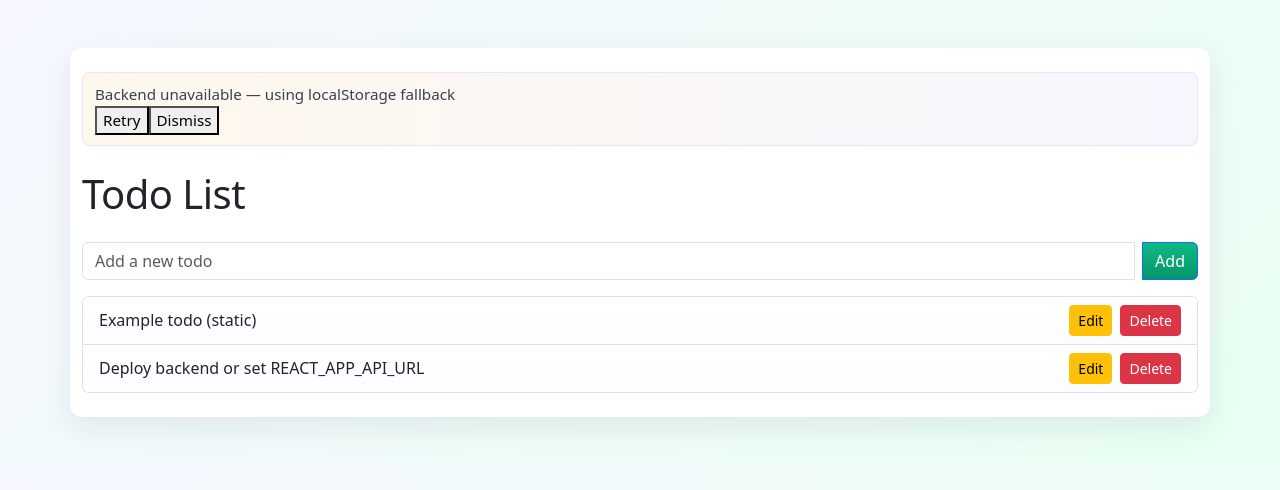
Repository: tomislavblazevic/Etridebelt
Page: / (app in frontend/)
An editor plug-in stored every save of this project. The page is shown before and after the next save, followed by the edit.
The browser window is 1280 px wide. The pictures show the whole page.
The page's requests for data from a server got no answer. The project was rebuilt for these pictures with package versions that can differ from the ones it lists, and the page was loaded fresh each time. No one was signed in, and anything a server would have sent is missing. Also part of the build but not shown: frontend/vite.config.ts.

Above is the page before, as saved 2026-03-18 16:04:21.

### frontend/public/index.html
<!doctype html>
<html lang="en">
  <head>
    <meta charset="utf-8" />
    <link rel="icon" href="%PUBLIC_URL%/favicon.ico" />
    <meta name="viewport" content="width=device-width, initial-scale=1" />
    <meta name="theme-color" content="#000000" />
    <title>Todo App</title>
  </head>
  <body>
    <noscript>You need to enable JavaScript to run this app.</noscript>
    <div id="root"></div>
  </body>
</html>

### frontend/src/index.js
import React from 'react';
import ReactDOM from 'react-dom/client';
import App from './App'; // Provjeri zove li se tvoja glavna komponenta App.js
import 'bootstrap/dist/css/bootstrap.min.css';

const root = ReactDOM.createRoot(document.getElementById('root'));
root.render(
  <React.StrictMode>
    <App />
  </React.StrictMode>
);

### frontend/src/App.tsx
import React, { useState, useEffect } from 'react';
import axios from 'axios';
import './App.css';

const REACT_API = process.env.REACT_APP_API_URL && process.env.REACT_APP_API_URL.trim();
const IS_LOCALHOST = window.location.hostname === 'localhost' || window.location.hostname === '127.0.0.1';
const USE_BACKEND = !!REACT_API || IS_LOCALHOST;
const API_URL = REACT_API || (IS_LOCALHOST ? 'http://localhost:5000/todos' : '');
const USE_LOCAL_STORAGE = !USE_BACKEND; // on GitHub Pages use localStorage for full functionality

interface Todo {
  id: number;
  text: string;
  completed: boolean;
}

function App() {
  const [todos, setTodos] = useState<Todo[]>([]);
  const [text, setText] = useState('');
  const [editingId, setEditingId] = useState<number | null>(null);
  const [editText, setEditText] = useState('');
  const [fallbackLocal, setFallbackLocal] = useState(false);
  const [errorMessage, setErrorMessage] = useState<string | null>(null);

  useEffect(() => {
    if (USE_LOCAL_STORAGE) {
      const stored = localStorage.getItem('todos');
      if (stored) {
        try {
          setTodos(JSON.parse(stored) as Todo[]);
          return;
        } catch (e) {
          // fall through to fetch static file
        }
      }
      // try load static todos.json once
      axios.get<Todo[]>(`${process.env.PUBLIC_URL || ''}/todos.json`).then((response) => {
        setTodos(response.data as Todo[]);
        localStorage.setItem('todos', JSON.stringify(response.data));
      }).catch(() => setTodos([]));
      return;
    }

    axios.get<Todo[]>(API_URL).then((response) => {
      setTodos(response.data as Todo[]);
    }).catch(() => {
      // Backend not reachable: fall back to localStorage and inform the user
      setErrorMessage('Backend unavailable — using localStorage fallback');
      setFallbackLocal(true);
      const stored = localStorage.getItem('todos');
      if (stored) {
        try {
          setTodos(JSON.parse(stored) as Todo[]);
          return;
        } catch (e) {
          // fall through to fetch static file
        }
      }
      axios.get<Todo[]>(`${process.env.PUBLIC_URL || ''}/todos.json`).then((response) => {
        setTodos(response.data as Todo[]);
        localStorage.setItem('todos', JSON.stringify(response.data));
      }).catch(() => setTodos([]));
    });
  }, []);

  const persist = (nextTodos: Todo[]) => {
    setTodos(nextTodos);
    if (USE_LOCAL_STORAGE || fallbackLocal) localStorage.setItem('todos', JSON.stringify(nextTodos));
  };

  const addTodo = (e: React.FormEvent) => {
    e.preventDefault();
    if (!text.trim()) return;
    if (USE_LOCAL_STORAGE || fallbackLocal) {
      const next: Todo = { id: Date.now(), text, completed: false };
      persist([...todos, next]);
      setText('');
      return;
    }
    axios.post<Todo>(API_URL, { text }).then((response) => {
      setTodos([...todos, response.data]);
      setText('');
    }).catch(() => {
      // If POST fails, fallback to local storage and notify
      setErrorMessage('Failed to reach backend; saved locally instead');
      setFallbackLocal(true);
      const next: Todo = { id: Date.now(), text, completed: false };
      persist([...todos, next]);
      setText('');
    });
  };

  const deleteTodo = (id: number) => {
    if (USE_LOCAL_STORAGE || fallbackLocal) {
      persist(todos.filter((todo) => todo.id !== id));
      return;
    }
    axios.delete(`${API_URL}/${id}`).then(() => {
      setTodos(todos.filter((todo) => todo.id !== id));
    }).catch(() => {
      setErrorMessage('Failed to reach backend; delete applied locally');
      setFallbackLocal(true);
      persist(todos.filter((todo) => todo.id !== id));
    });
  };

  const startEditing = (id: number, currentText: string) => {
    setEditingId(id);
    setEditText(currentText);
  };

  const saveEdit = (id: number) => {
    if (USE_LOCAL_STORAGE || fallbackLocal) {
      persist(todos.map((todo) => (todo.id === id ? { ...todo, text: editText } : todo)));
      setEditingId(null);
      setEditText('');
      return;
    }
    axios.put<Todo>(`${API_URL}/${id}`, { text: editText }).then((response) => {
      setTodos(
        todos.map((todo) => (todo.id === id ? response.data : todo))
      );
      setEditingId(null);
      setEditText('');
    }).catch(() => {
      setErrorMessage('Failed to reach backend; edit saved locally');
      setFallbackLocal(true);
      persist(todos.map((todo) => (todo.id === id ? { ...todo, text: editText } : todo)));
      setEditingId(null);
      setEditText('');
    });
  };

  const toggleCompleted = (id: number, completed: boolean) => {
    if (USE_LOCAL_STORAGE || fallbackLocal) {
      persist(todos.map((todo) => (todo.id === id ? { ...todo, completed: !completed } : todo)));
      return;
    }
    axios.put<Todo>(`${API_URL}/${id}`, { completed: !completed }).then((response) => {
        setTodos(
            todos.map((todo) => (todo.id === id ? response.data : todo))
        );
    }).catch(() => {
      setErrorMessage('Failed to reach backend; change applied locally');
      setFallbackLocal(true);
      persist(todos.map((todo) => (todo.id === id ? { ...todo, completed: !completed } : todo)));
    });
  };

  const retryConnection = () => {
    if (!API_URL) {
      setErrorMessage('No backend URL configured to retry');
      return;
    }
    setErrorMessage('Retrying connection to backend...');
    axios.get<Todo[]>(API_URL).then((response) => {
      setTodos(response.data as Todo[]);
      setFallbackLocal(false);
      setErrorMessage(null);
    }).catch(() => {
      setErrorMessage('Retry failed — backend still unreachable');
    });
  };


  return (
    <div className="container">
      {errorMessage && (
        <div className="alert-fallback" role="alert">
          <div className="alert-text">{errorMessage}</div>
          <div className="alert-actions">
            {API_URL && (
              <button type="button" className="btn-retry" onClick={retryConnection}>
                Retry
              </button>
            )}
            <button type="button" className="btn-dismiss" onClick={() => setErrorMessage(null)}>
              Dismiss
            </button>
          </div>
        </div>
      )}
      <h1 className="my-4">Todo List</h1>
      <form onSubmit={addTodo} className="mb-3">
        <div className="input-group">
          <input
            type="text"
            className="form-control"
            value={text}
            onChange={(e) => setText(e.target.value)}
            placeholder="Add a new todo"
          />
          <button type="submit" className="btn btn-primary">
            Add
          </button>
        </div>
      </form>
      <ul className="list-group">
        {todos.map((todo) => (
          <li
            key={todo.id}
            className="list-group-item d-flex justify-content-between align-items-center"
          >
            {editingId === todo.id ? (
              <input
                type="text"
                className="form-control"
                value={editText}
                onChange={(e) => setEditText(e.target.value)}
              />
            ) : (
              <span
                onClick={() => toggleCompleted(todo.id, todo.completed)}
                style={{
                  textDecoration: todo.completed ? 'line-through' : 'none',
                  cursor: 'pointer',
                }}
              >
                {todo.text}
              </span>
            )}
            <div>
              {editingId === todo.id ? (
                <button
                  onClick={() => saveEdit(todo.id)}
                  className="btn btn-success btn-sm me-2"
                >
                  Save
                </button>
              ) : (
                <button
                  onClick={() => startEditing(todo.id, todo.text)}
                  className="btn btn-warning btn-sm me-2"
                >
                  Edit
                </button>
              )}
              <button
                onClick={() => deleteTodo(todo.id)}
                className="btn btn-danger btn-sm"
              >
                Delete
              </button>
            </div>
          </li>
        ))}
      </ul>
    </div>
  );
}

export default App;

### frontend/src/App.css
:root{
  --bg-start:#f6f7ff;
  --bg-end:#e8fff2;
  --primary:#4f46e5;
  --accent:#06b6d4;
  --success:#10b981;
  --muted:#6b7280;
}

body{
  background: linear-gradient(135deg,var(--bg-start),var(--bg-end));
  font-family: -apple-system, BlinkMacSystemFont, 'Segoe UI', Roboto, 'Helvetica Neue', Arial;
  color: #111827;
}

.container{
  max-width:700px;
  margin:48px auto;
  background: white;
  border-radius:12px;
  padding:24px;
  box-shadow:0 10px 30px rgba(17,24,39,0.08);
}

h1{
  color:var(--primary);
  margin-bottom:18px;
  font-size:1.75rem;
  letter-spacing:-0.5px;
}

.input-group{display:flex;gap:8px}

.form-control{
  border-radius:8px;
  border:1px solid #e6e9ef;
  padding:10px 12px;
}

.form-control:focus{
  border-color:var(--accent);
  box-shadow:0 4px 18px rgba(6,182,212,0.12);
  outline:none;
}

.btn-primary{
  background: linear-gradient(180deg,var(--success),#059669);
  border:none;
  color:#fff;
  border-radius:8px;
  padding:8px 14px;
}

.btn-primary:hover{transform:translateY(-1px)}

.list-group{margin-top:12px;border-radius:8px;overflow:hidden}

.list-group-item{
  display:flex;align-items:center;justify-content:space-between;
  padding:12px 16px;background:linear-gradient(180deg,#ffffff,#fbfdff);
  border-bottom:1px solid #f1f5f9;
}

.list-group-item:hover{background:#fbfdff}

.list-group-item span{font-size:1rem}

.list-group-item span.completed{color:var(--muted);text-decoration:line-through}

.btn-warning{background:#f59e0b;border:none;color:#fff;border-radius:6px;padding:6px 8px}
.btn-success{background:#10b981;border:none;color:#fff;border-radius:6px;padding:6px 8px}
.btn-danger{background:#ef4444;border:none;color:#fff;border-radius:6px;padding:6px 8px}

@media (max-width:640px){
  .container{margin:20px;padding:16px}
  h1{font-size:1.4rem}
}

.alert-fallback{
  background: linear-gradient(90deg, rgba(245,158,11,0.08), rgba(99,102,241,0.06));
  border:1px solid rgba(99,102,241,0.12);
  color:#374151;
  padding:10px 12px;
  border-radius:8px;
  margin-bottom:12px;
  font-size:0.95rem;
}

### frontend/public/todos.json
[
  { "id": 1, "text": "Example todo (static)", "completed": false },
  { "id": 2, "text": "Deploy backend or set REACT_APP_API_URL", "completed": false }
]

After the next save:
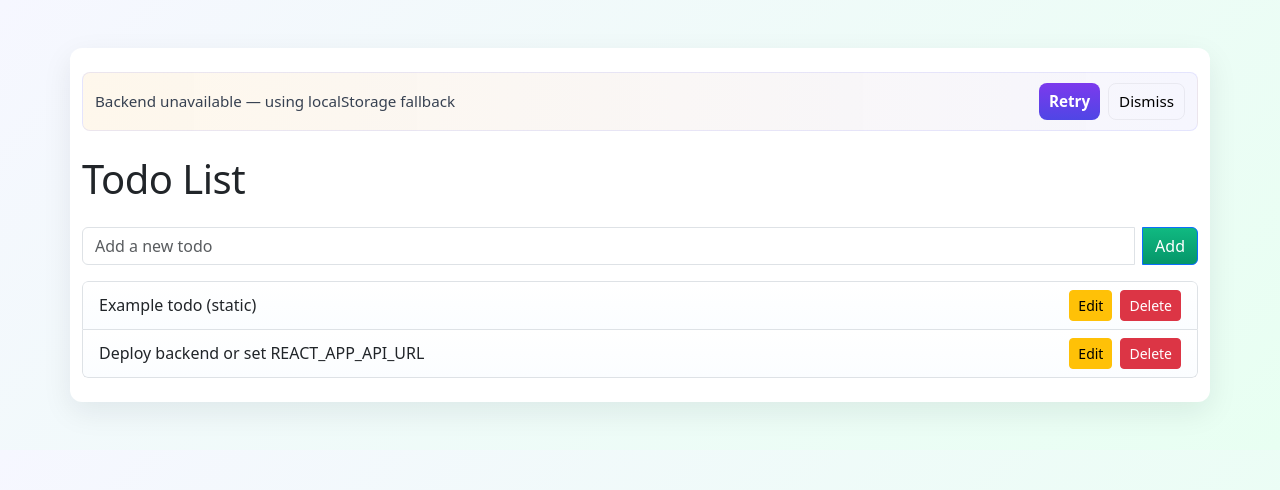
Saved 12 s later.
--- a/frontend/src/App.css
+++ b/frontend/src/App.css
@@ -85,3 +85,21 @@ h1{
   margin-bottom:12px;
   font-size:0.95rem;
 }
+
+.alert-fallback{display:flex;align-items:center;justify-content:space-between}
+.alert-text{flex:1}
+.alert-actions{display:flex;gap:8px;margin-left:12px}
+
+.btn-retry{
+  background: linear-gradient(180deg,#7c3aed,#4f46e5);
+  color:#fff;border:none;padding:6px 10px;border-radius:8px;cursor:pointer;font-weight:600
+}
+.btn-retry:hover{transform:translateY(-1px);opacity:0.98}
+.btn-dismiss{background:transparent;border:1px solid rgba(17,24,39,0.06);padding:6px 10px;border-radius:8px;cursor:pointer}
+.btn-dismiss:hover{background:rgba(17,24,39,0.03)}
+
+.list-group-item{transition:transform .14s ease,box-shadow .14s ease}
+.list-group-item:hover{transform:translateY(-4px);box-shadow:0 10px 20px rgba(15,23,42,0.06)}
+.list-group-item.completed{background:linear-gradient(90deg,#ecfeff,#f0f9ff)}
+
+.badge-done{background:linear-gradient(90deg,#10b981,#059669);color:#fff;padding:4px 8px;border-radius:999px;font-size:0.75rem}
